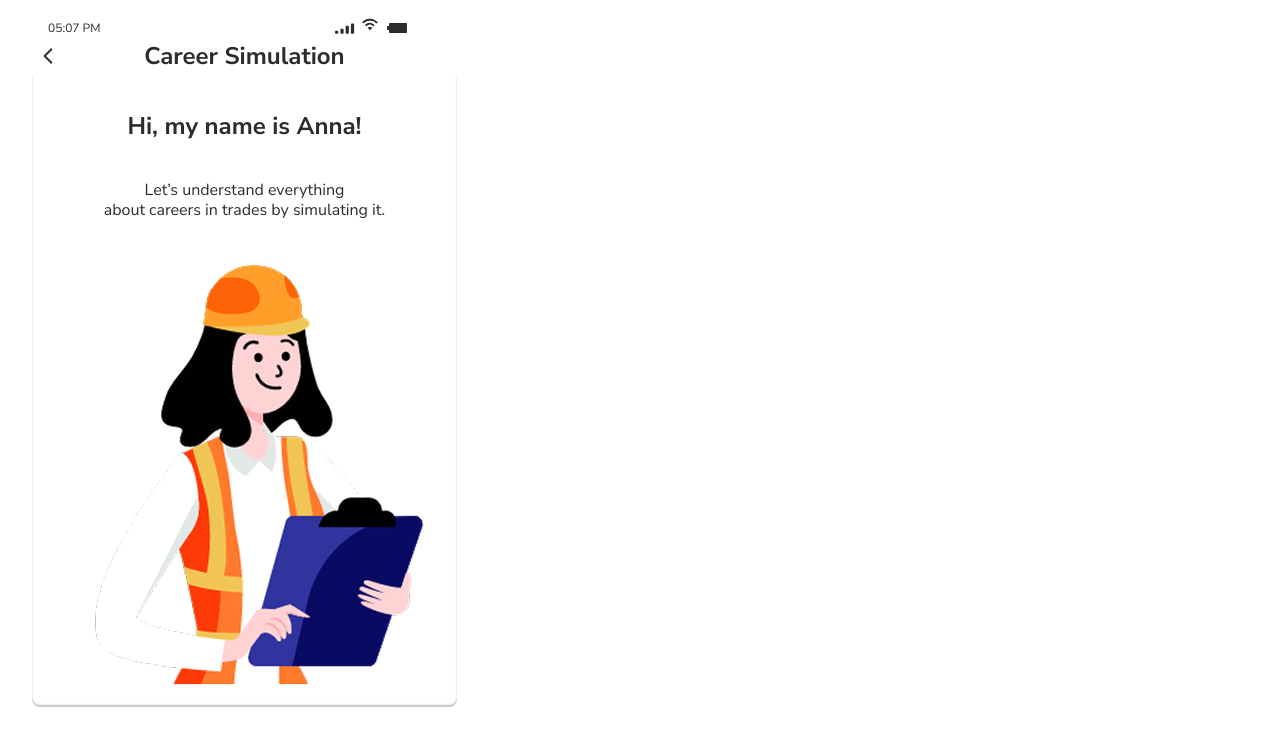
Repository: daniel-liu01/week10books
Page: /
An editor plug-in stored every save of this project. The page is shown before and after the next save, followed by the edit.
The browser window is 1280 px wide. The pictures show the whole page.
The project was rebuilt for these pictures with package versions that can differ from the ones it lists, and the page was loaded fresh each time. Also part of the build but not shown: vite.config.js, vite.config.ts, src/App.css.

Above is the page before, as saved 2025-10-17 18:09:10.

After the next save:
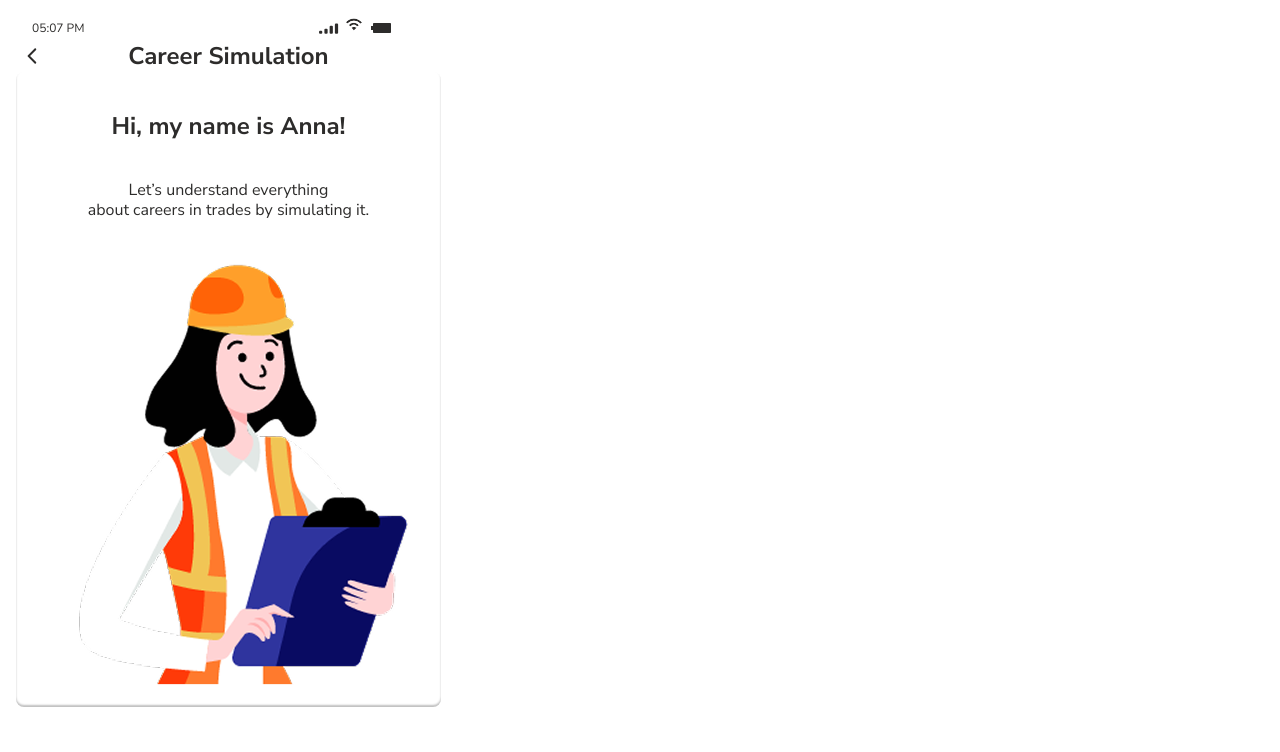
Saved 23 s later.
--- a/src/index.css
+++ b/src/index.css
@@ -16,7 +16,8 @@ body {
     min-height: 100vh;
     margin: 16px;
     display: flex;
-    padding: 0 var(--space-regular);
+    gap: var(--space-small);
+    padding: 0;
 }
 
 html {
